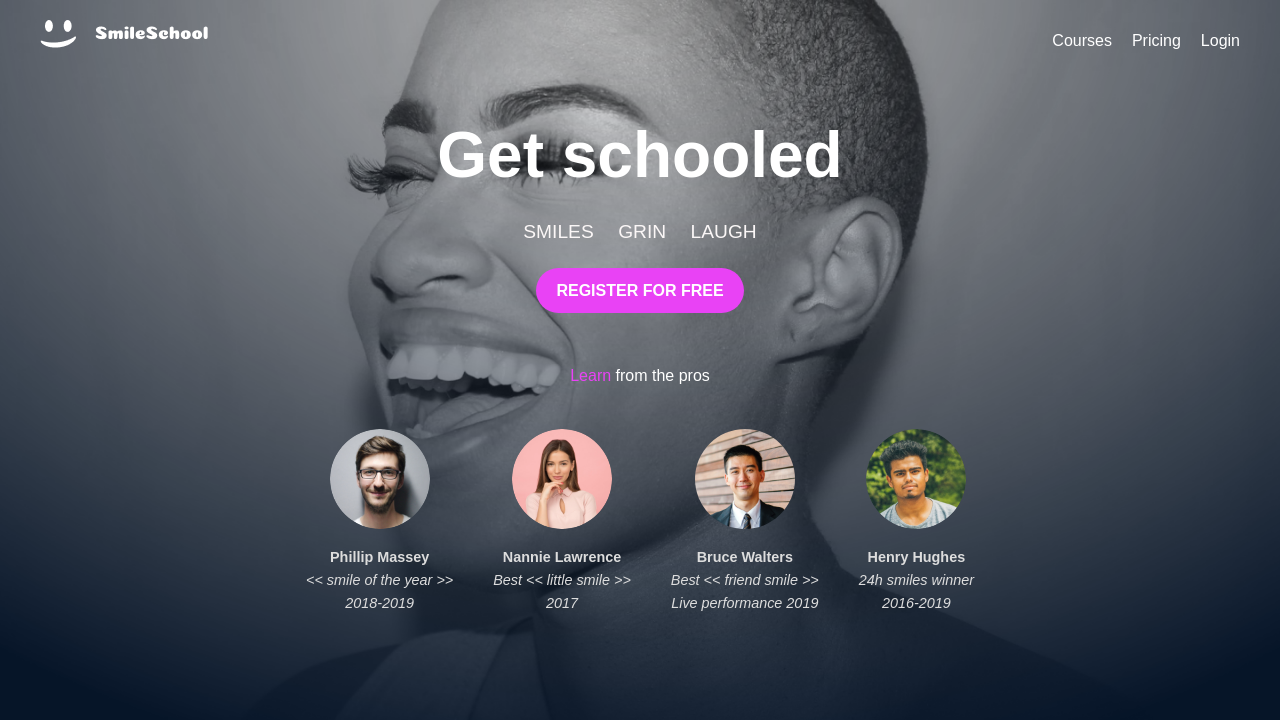
Repository: Patience225/alx_html_css
Page: css_advanced/index.html
These files come from the project's save history. The page is drawn as it stood at one moment and after the next save; the edit follows.
The browser window is 1280 px wide. The pictures show the whole page.

Above is the page before, as saved 2025-01-03 21:53:20.

### css_advanced/index.html
<!DOCTYPE html>
<html lang="en">
<head>
    <meta charset="UTF-8">
    <meta name="viewport" content="width=device-width, initial-scale=1.0">
    <title>SmileSchool</title>
    <link rel="stylesheet" href="styles.css">
</head>
<body>
    <header class="header">
        <nav class="navbar">
            <div class="logo"> <img src="images/logo.png" alt="Logo" /></div>
            <ul class="nav-links">
                <li><a href="#">Courses</a></li>
                <li><a href="#">Pricing</a></li>
                <li><a href="#">Login</a></li>
            </ul>
        </nav>
    </header>

    <section class="banner">
        <div class="banner-content">
            <h1>Get schooled</h1>
            <div class="subtext">
                <span>SMILES</span>
                <span>GRIN</span>
                <span>LAUGH</span>
            </div>
            <a href="#" class="cta-button">REGISTER FOR FREE</a>
        </div>
        <div class="learn-pros">
            <p> <span>Learn</span> from the pros </p>
        </div>
        <div class="profiles">
            <div class="profile">
                <img src="images/Philip Massey.png" alt="Phillip Massey">
                <p><strong>Phillip Massey</strong><br> <em> << smile of the year >> </em> <br> <em>2018-2019</em> </p>
            </div>
            <div class="profile">
                <img src="images/Nannie Lawrence.png" alt="Nannie Lawrence">
                <p><strong>Nannie Lawrence</strong><br><em>Best << little smile >> </em><br><em>2017</em></p>
            </div>
            <div class="profile">
                <img src="images/Bruce Walters.png" alt="Bruce Walters">
                <p><strong>Bruce Walters</strong><br><em>Best << friend smile >></em><br><em>Live performance 2019</em></p>
            </div>
            <div class="profile">
                <img src="images/Henry Hughes.png" alt="Henry Hughes">
                <p><strong>Henry Hughes</strong><br><em>24h smiles winner</em><br><em>2016-2019</em></p>
            </div>
        </div>
    </section>
</body>
</html>

### css_advanced/styles.css
/* Reset Styles */
* {
  margin: 0;
  padding: 0;
  box-sizing: border-box;
}

body {
  font-family: Arial, sans-serif;
  line-height: 1.6;
  background: #000; /* Fallback background */
  color: white;
}

/* Header */
.header {
  position: absolute;
  top: 0;
  left: 0;
  width: 100%;
  z-index: 10;
  padding: 20px 40px;
}

.navbar {
  display: flex;
  justify-content: space-between;
  align-items: center;
}

.logo {
  font-size: 1.5rem;
  font-weight: bold;
}

.nav-links {
  list-style: none;
  display: flex;
  gap: 20px;
}

.nav-links li a {
  text-decoration: none;
  color: white;
  font-weight: 500;
}

/* Banner Section */
.banner {
  background: url('images/Object.png') no-repeat center/cover;
  height: 100vh;
  display: flex;
  flex-direction: column;
  align-items: center;
  justify-content: center;
  text-align: center;
  position: relative;
  color: white;
}

.banner h1 {
  font-size: 4rem;
  font-weight: bold;
  margin-bottom: 10px;
}

.subtext span {
  margin: 0 10px;
  font-size: 1.2rem;
  color: #fbf7f7;
}

.cta-button {
  display: inline-block;
  background: #e942f5;
  color: white;
  padding: 10px 20px;
  text-decoration: none;
  border-radius: 25px;
  margin: 20px 0;
  font-weight: bold;
}

.learn-pros {
  margin-top: 30px;
}

.learn-pros span {
  color: #e942f5;
}

.profiles {
  display: flex;
  justify-content: center;
  gap: 40px;
  margin-top: 40px;
}

.profile {
  text-align: center;
}

.profile img {
  width: 100px;
  height: 100px;
  border-radius: 50%;
  margin-bottom: 10px;
}

.profile p {
  font-size: 0.9rem;
  color: #ddd;
}

After the next save:
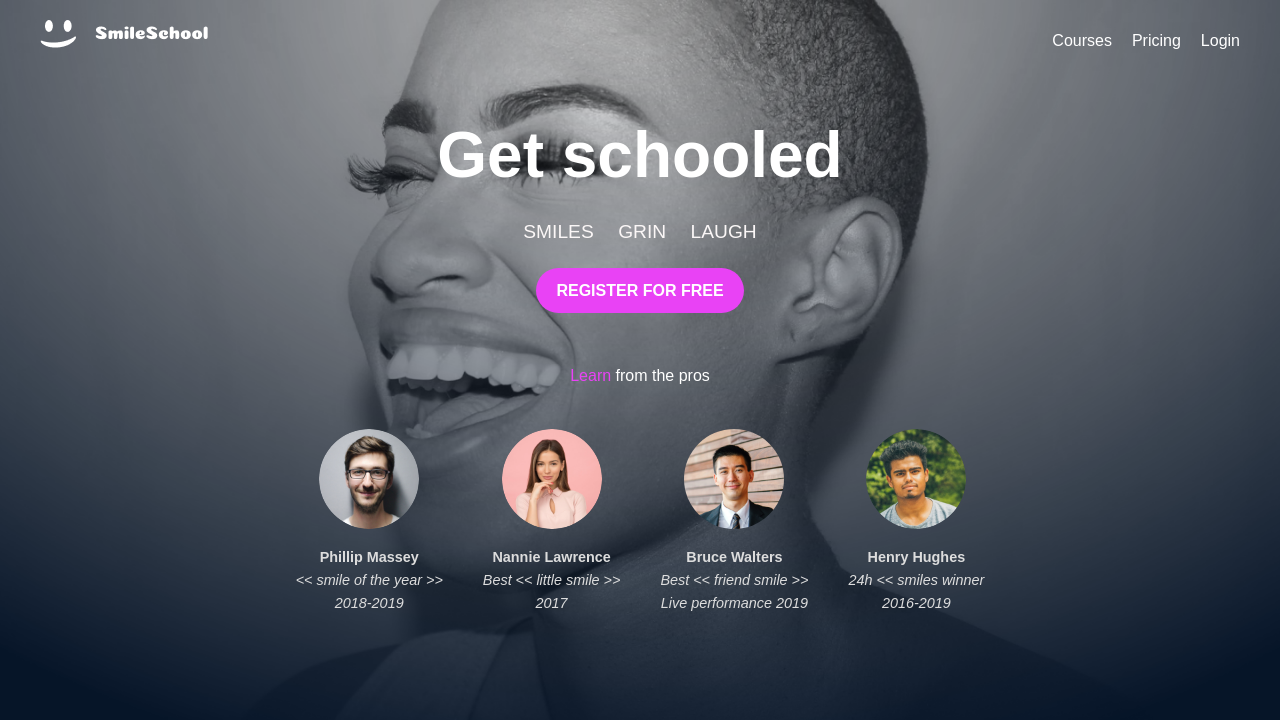
Saved 32 s later.
--- a/css_advanced/index.html
+++ b/css_advanced/index.html
@@ -46,7 +46,7 @@
             </div>
             <div class="profile">
                 <img src="images/Henry Hughes.png" alt="Henry Hughes">
-                <p><strong>Henry Hughes</strong><br><em>24h smiles winner</em><br><em>2016-2019</em></p>
+                <p><strong>Henry Hughes</strong><br><em>24h << smiles winner</em><br><em>2016-2019</em></p>
             </div>
         </div>
     </section>
